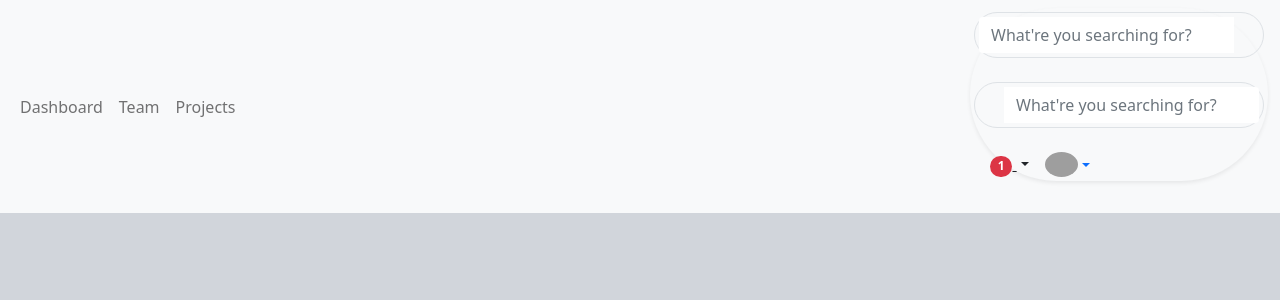
Repository: AlisaSkryp/photoblog
Page: index.html
These files come from the project's save history. The page is drawn as it stood at one moment and after the next save; the edit follows.
The browser window is 1280 px wide. The pictures show the whole page.
Pictures or frames that could not be fetched are drawn as grey boxes.

Above is the page before, as saved 2023-04-09 18:48:05.

### index.html
<!DOCTYPE html>
<html lang="en">
<head>
	<meta charset="UTF-8">
	<meta http-equiv="X-UA-Compatible" content="IE=edge">
	<meta name="viewport" content="width=device-width, initial-scale=1.0">
	<link href="https://cdn.jsdelivr.net/npm/bootstrap@5.0.2/dist/css/bootstrap.min.css" rel="stylesheet" integrity="sha384-EVSTQN3/azprG1Anm3QDgpJLIm9Nao0Yz1ztcQTwFspd3yD65VohhpuuCOmLASjC" crossorigin="anonymous">
<link href="https://cdnjs.cloudflare.com/ajax/libs/font-awesome/4.7.0/css/font-awesome.min.css">
<link rel="stylesheet" href="style.css">
</head>
<body>


<header>
	<!-- Navbar -->
<nav class="navbar navbar-expand-lg navbar-light bg-light">
  <!-- Container wrapper -->
  <div class="container-fluid">
    <!-- Toggle button -->
    <button
      class="navbar-toggler"
      type="button"
      data-mdb-toggle="collapse"
      data-mdb-target="#navbarSupportedContent"
      aria-controls="navbarSupportedContent"
      aria-expanded="false"
      aria-label="Toggle navigation"
    >
      <i class="fas fa-bars"></i>
    </button>

    <!-- Collapsible wrapper -->
    <div class="collapse navbar-collapse" id="navbarSupportedContent">
      <!-- Left links -->
      <ul class="navbar-nav me-auto mb-2 mb-lg-0">
        <li class="nav-item">
          <a class="nav-link" href="#">Dashboard</a>
        </li>
        <li class="nav-item">
          <a class="nav-link" href="#">Team</a>
        </li>
        <li class="nav-item">
          <a class="nav-link" href="#">Projects</a>
        </li>
      </ul>
      <!-- Left links -->
    </div>
    <!-- Collapsible wrapper -->
     <!-- Custom rounded search bars with input group -->
		 <form action="">
			<div class="p-1 bg-light rounded rounded-pill shadow-sm mb-4">


			<div class="input-group mb-4 border rounded-pill p-1">
				<input type="search" placeholder="What're you searching for?" aria-describedby="button-addon3" class="form-control bg-none border-0">
				<div class="input-group-append border-0">
					<button id="button-addon3" type="button" class="btn btn-link text-success"><i class="fa fa-search"></i></button>
				</div>
			</div>
			<div class="input-group mb-4 border rounded-pill p-1">
				<div class="input-group-prepend border-0">
					<button id="button-addon4" type="button" class="btn btn-link text-info"><i class="fa fa-search"></i></button>
				</div>
				<input type="search" placeholder="What're you searching for?" aria-describedby="button-addon4" class="form-control bg-none border-0">
			</div>
		</form>
    <!-- Right elements -->
    <div class="d-flex align-items-center">
      <!-- Icon -->
      <a class="text-reset me-3" href="#">
        <i class="fas fa-shopping-cart"></i>
      </a>

      <!-- Notifications -->
      <div class="dropdown">
        <a
          class="text-reset me-3 dropdown-toggle hidden-arrow"
          href="#"
          id="navbarDropdownMenuLink"
          role="button"
          data-mdb-toggle="dropdown"
          aria-expanded="false"
        >
          <i class="fas fa-bell"></i>
          <span class="badge rounded-pill badge-notification bg-danger">1</span>
        </a>
        <ul
          class="dropdown-menu dropdown-menu-end"
          aria-labelledby="navbarDropdownMenuLink"
        >
          <li>
            <a class="dropdown-item" href="#">Some news</a>
          </li>
          <li>
            <a class="dropdown-item" href="#">Another news</a>
          </li>
          <li>
            <a class="dropdown-item" href="#">Something else here</a>
          </li>
        </ul>
      </div>
      <!-- Avatar -->
      <div class="dropdown">
        <a
          class="dropdown-toggle d-flex align-items-center hidden-arrow"
          href="#"
          id="navbarDropdownMenuAvatar"
          role="button"
          data-mdb-toggle="dropdown"
          aria-expanded="false"
        >
          <img
            src="https://mdbcdn.b-cdn.net/img/new/avatars/2.webp"
            class="rounded-circle"
            height="25"
            alt="Black and White Portrait of a Man"
            loading="lazy"
          />
        </a>
        <ul
          class="dropdown-menu dropdown-menu-end"
          aria-labelledby="navbarDropdownMenuAvatar"
        >
          <li>
            <a class="dropdown-item" href="#">My profile</a>
          </li>
          <li>
            <a class="dropdown-item" href="#">Settings</a>
          </li>
          <li>
            <a class="dropdown-item" href="#">Logout</a>
          </li>
        </ul>
      </div>
    </div>
    <!-- Right elements -->
  </div>
  <!-- Container wrapper -->
</nav>
<!-- Navbar -->
</header>
	<script src="https://cdn.jsdelivr.net/npm/bootstrap@5.0.2/dist/js/bootstrap.bundle.min.js" integrity="sha384-MrcW6ZMFYlzcLA8Nl+NtUVF0sA7MsXsP1UyJoMp4YLEuNSfAP+JcXn/tWtIaxVXM" crossorigin="anonymous"></script>
</body>
</html>

### style.css
body{

	background: #d1d5db;
}

.height{

	height: 100vh;
}

.form{

	position: relative;
}

.form .fa-search{

	position: absolute;
	top:20px;
	left: 20px;
	color: #9ca3af;

}

.form span{

			position: absolute;
	right: 17px;
	top: 13px;
	padding: 2px;
	border-left: 1px solid #d1d5db;

}

.left-pan{
	padding-left: 7px;
}

.left-pan i{

 padding-left: 10px;
}

.form-input{

	height: 55px;
	text-indent: 33px;
	border-radius: 10px;
}

.form-input:focus{

	box-shadow: none;
	border:none;
}

After the next save:
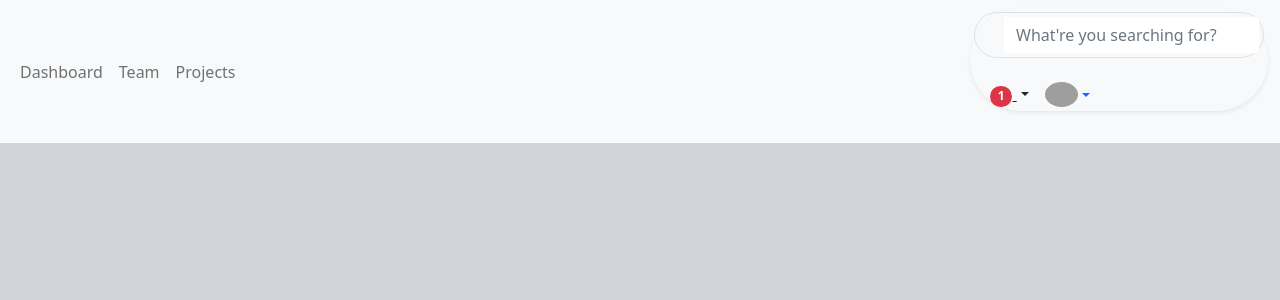
Saved 10 s later.
--- a/index.html
+++ b/index.html
@@ -49,14 +49,6 @@
      <!-- Custom rounded search bars with input group -->
 		 <form action="">
 			<div class="p-1 bg-light rounded rounded-pill shadow-sm mb-4">
-
-
-			<div class="input-group mb-4 border rounded-pill p-1">
-				<input type="search" placeholder="What're you searching for?" aria-describedby="button-addon3" class="form-control bg-none border-0">
-				<div class="input-group-append border-0">
-					<button id="button-addon3" type="button" class="btn btn-link text-success"><i class="fa fa-search"></i></button>
-				</div>
-			</div>
 			<div class="input-group mb-4 border rounded-pill p-1">
 				<div class="input-group-prepend border-0">
 					<button id="button-addon4" type="button" class="btn btn-link text-info"><i class="fa fa-search"></i></button>
